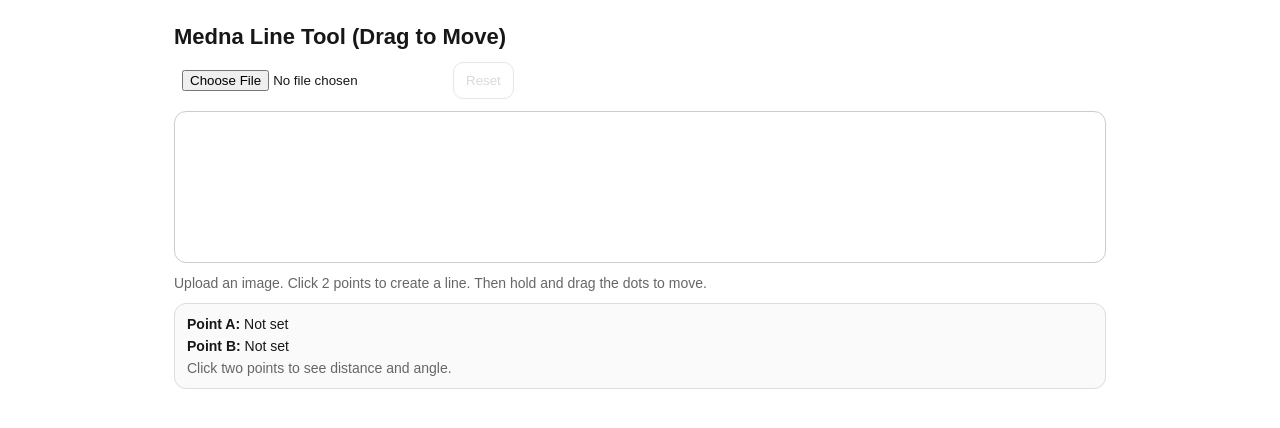
Repository: Sumaiya43/medna-tools
Page: /
The author's editor kept a copy of each file at every save. The page is drawn from the files as they stood at one save, then again after the next save.
The browser window is 1280 px wide. The pictures show the whole page.
The project was rebuilt for these pictures with package versions that can differ from the ones it lists, and the page was loaded fresh each time. The framework's server and built-in components were replaced by stand-ins that run in the browser. Also part of the build but not shown: next.config.mjs.

Above is the page before, as saved 2026-02-26 03:03:47.

After the next save:
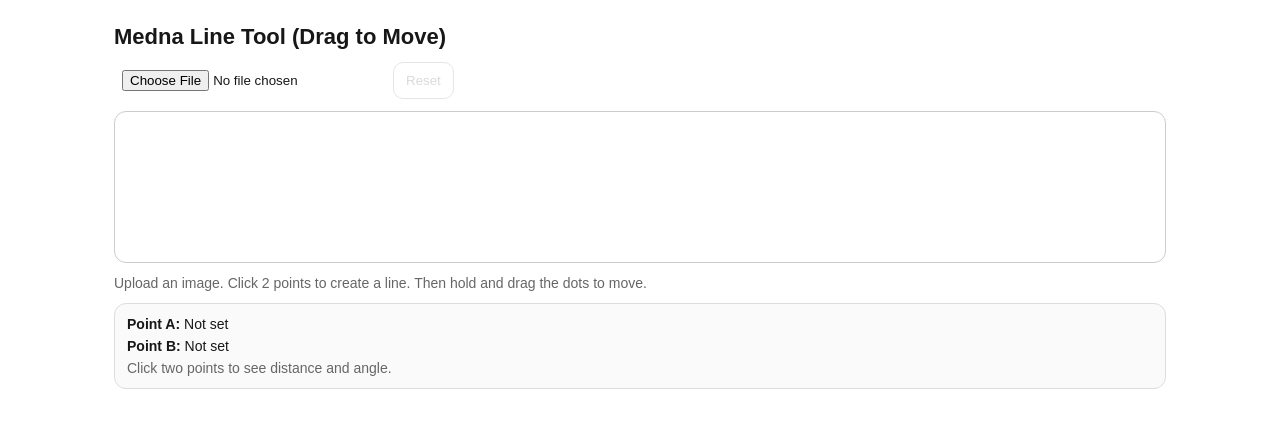
Saved 13 h 16 min later.
--- a/src/app/page.module.css
+++ b/src/app/page.module.css
@@ -1,6 +1,5 @@
 .main {
-  max-width: 980px;
-
+  max-width: 1100px;
   margin: 0 auto;
   padding: 24px;
   font-family: Arial, sans-serif;
@@ -13,6 +12,7 @@
 
 .controls {
   display: flex;
+  flex-wrap: wrap;
   gap: 10px;
   align-items: center;
   margin-bottom: 12px;
@@ -35,11 +35,28 @@
   cursor: not-allowed;
 }
 
+.label {
+  display: flex;
+  gap: 6px;
+  align-items: center;
+  font-size: 14px;
+  color: #333;
+}
+
+.smallInput {
+  padding: 8px;
+  border: 1px solid #ccc;
+  border-radius: 10px;
+  min-width: 110px;
+}
+
+/* ✅ Make the picture area shorter */
 .canvasBox {
   border: 1px solid #ccc;
   border-radius: 12px;
-  overflow: auto;
+  overflow: auto; /* scroll inside */
   background: white;
+  max-height: 420px; /* <-- adjust: 300 / 400 / 500 */
 }
 
 .canvas {
